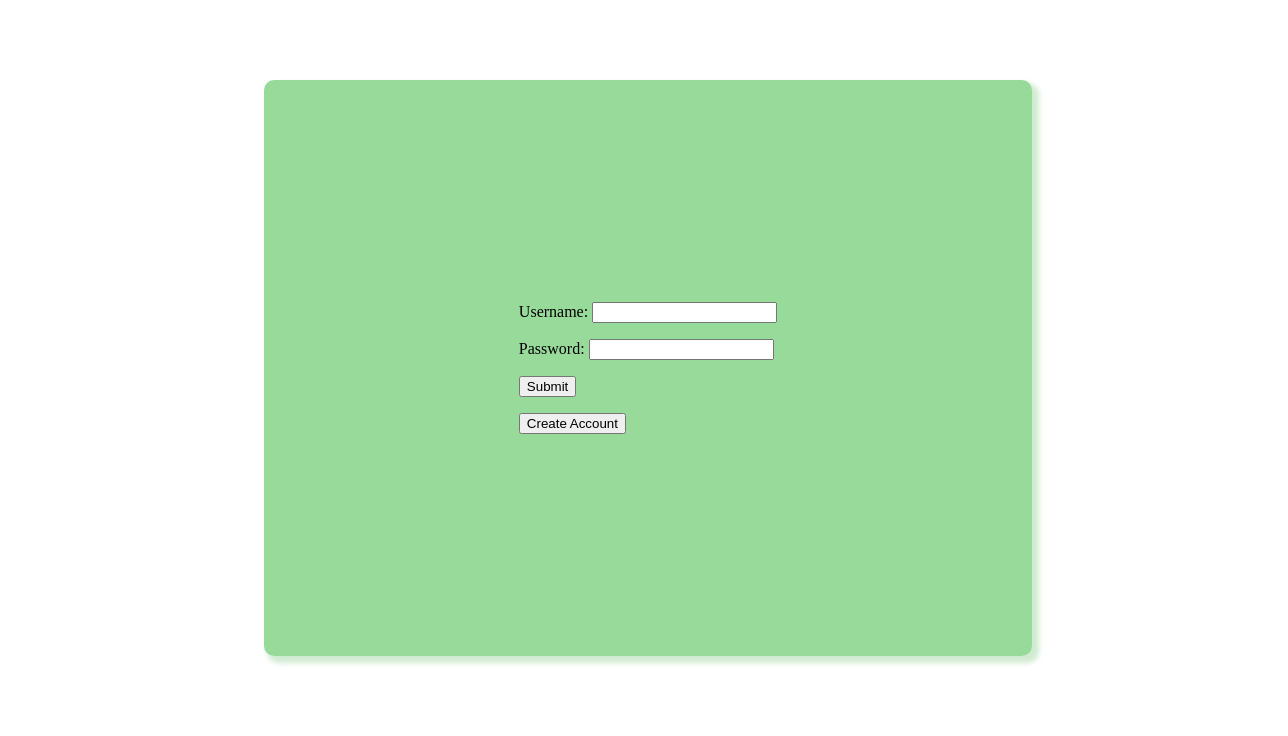
Repository: Jtho28/4830-group-project
Page: Esports-webproj/src/main/webapp/WEB-INF/Login.html
The author's editor kept a copy of each file at every save. The page is drawn from the files as they stood at one save, then again after the next save.
The browser window is 1280 px wide. The page is 1288 px wide, so the pictures cover 1288 px, including what lies to the right of the window. The pictures show the whole page.

Above is the page before, as saved 2022-11-16 21:24:02.

### Esports-webproj/src/main/webapp/WEB-INF/Login.html
<!DOCTYPE html>
<html>
<head>
<meta charset="UTF-8">
<title>Login</title>
<link rel="stylesheet" href="login.css">
</head>
<body>
<div class="login">
<form action="Login" method="post">
<div class="fields">
<p>Username: <input type="text" name="username" /></p>
<p>Password: <input type="password" name="password" /></p>
</div>
<p><input type="submit" /></p>
<p><button type="button">
Create Account
</button>
</form>
</div>
</body>
</html>

### Esports-webproj/src/main/webapp/WEB-INF/login.css
@charset "UTF-8";

body {
	display: flex;
	align-items: center;
	justify-content: center;
	height: 100vh;
	width: 100vw;
	background: rgba(255,255,255, .8);

}

.login {
	height: 80vh;
	width: 60vw;
	display: flex;
	align-items: center;
	justify-content: center;

	border-radius: 10px;
	background: rgba(50, 181, 55, .5);
	transition: ease all 0.5s;
	box-shadow: 5px 5px 5px 2px rgba(25,154,30, .2)
}
.login:hover {
	background: rgba(50, 181, 55, .5);
}

.login .fields {
	align-items: center;
}

h1 {
	color: yellow;
	margin-left: 20px;
}

After the next save:
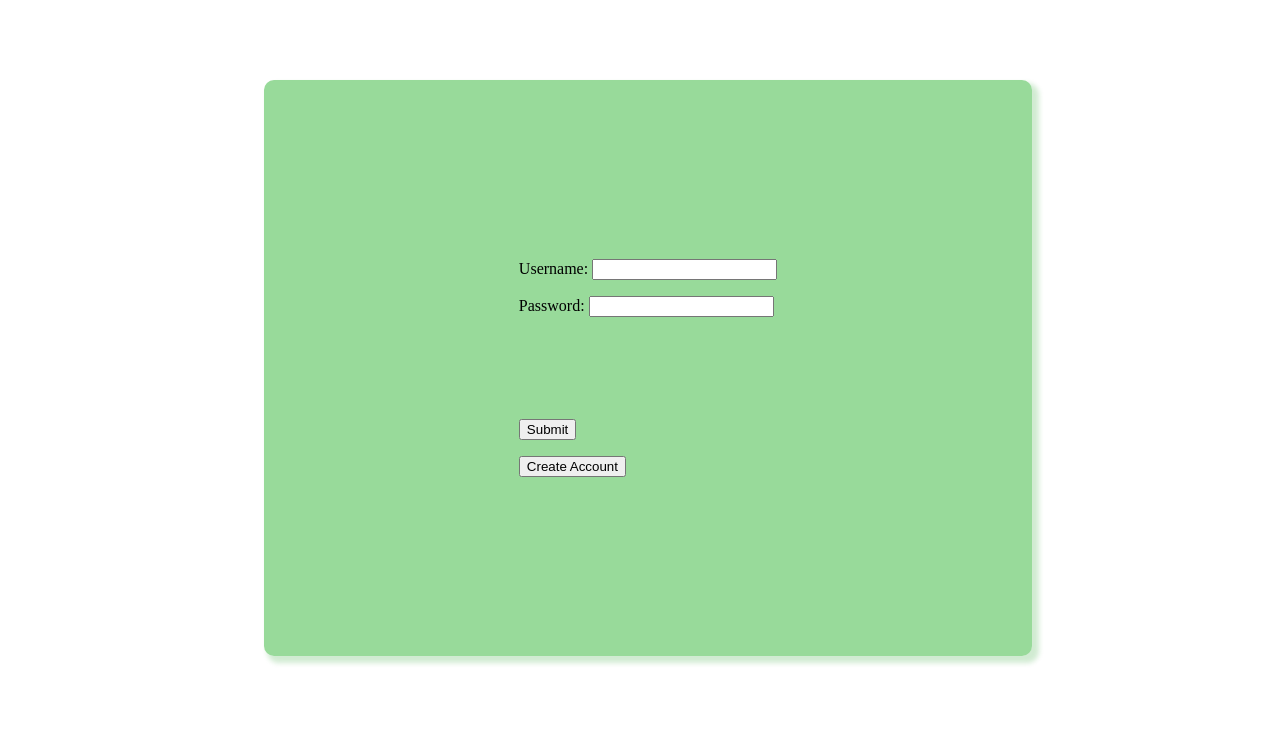
Saved 11 s later.
--- a/Esports-webproj/src/main/webapp/WEB-INF/login.css
+++ b/Esports-webproj/src/main/webapp/WEB-INF/login.css
@@ -27,7 +27,7 @@
 }
 
 .login .fields {
-	align-items: center;
+	height: 20vh;
 }
 
 h1 {

After the save that followed:
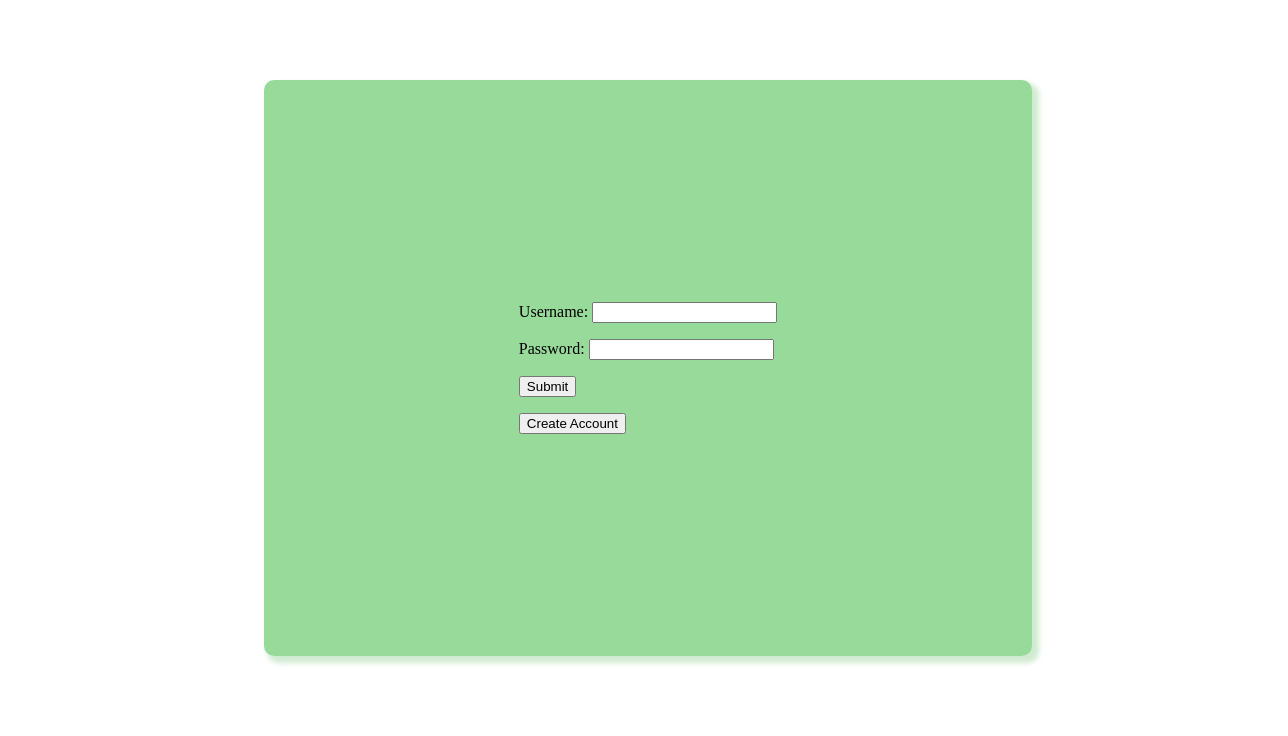
Saved 11 s later.
--- a/Esports-webproj/src/main/webapp/WEB-INF/login.css
+++ b/Esports-webproj/src/main/webapp/WEB-INF/login.css
@@ -27,7 +27,7 @@
 }
 
 .login .fields {
-	height: 20vh;
+
 }
 
 h1 {
